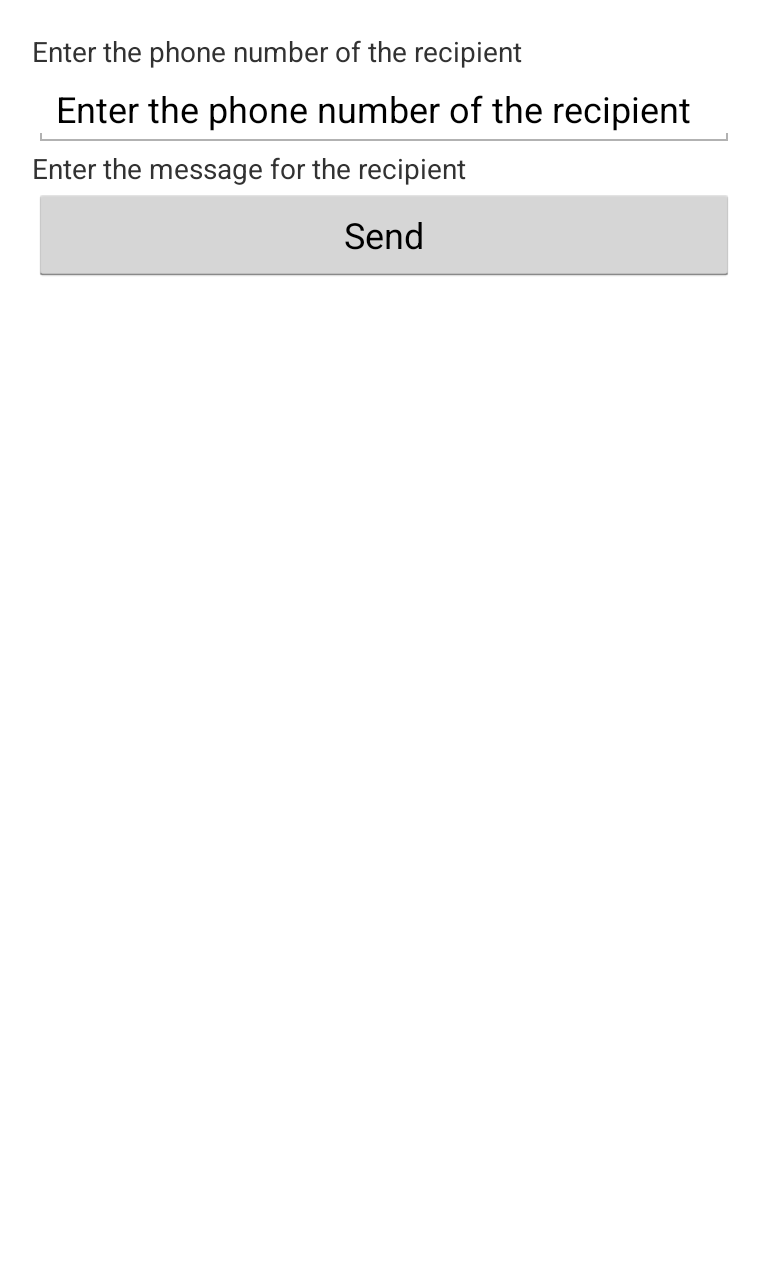
Repository: vedharish/PersonalProjects
Layout: RssToSms/res/layout/activity_send_sms.xml
These files come from the project's save history. The layout is drawn as it stood at one moment and after the next save; the edit follows.
It is drawn on a 768 x 1280 px phone screen (xhdpi) without system bars, with theme AppTheme; the app's code is not run.

Above is the layout before, as saved 2013-08-12 06:08:26.

After the next save:
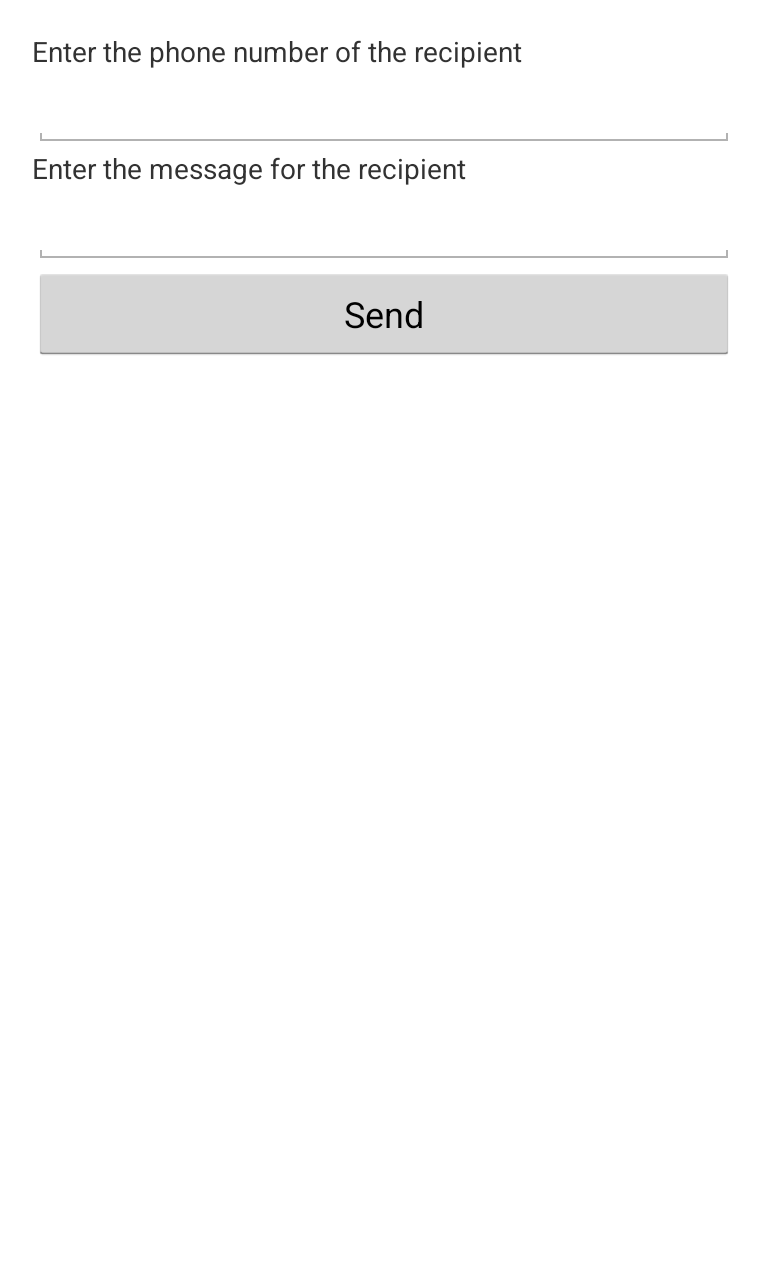
Saved 2 min 35 s later.
--- a/RssToSms/res/layout/activity_send_sms.xml
+++ b/RssToSms/res/layout/activity_send_sms.xml
@@ -18,12 +18,17 @@
         android:id="@+id/txtPhoneNumber"
         android:layout_width="fill_parent"
         android:layout_height="wrap_content"
-        android:text="@string/phone_number_label"
         android:inputType="phone" />
     <TextView
         android:layout_width="fill_parent"
         android:layout_height="wrap_content"
+        android:labelFor="@+id/txtPhoneNumber"
         android:text="@string/message_label" />
+    <EditText
+        android:id="@+id/txtMessage"
+        android:layout_width="fill_parent"
+        android:layout_height="wrap_content"
+        android:inputType="textCapSentences" />
     <Button
         android:id="@+id/sendButton"
         android:layout_width="fill_parent"
